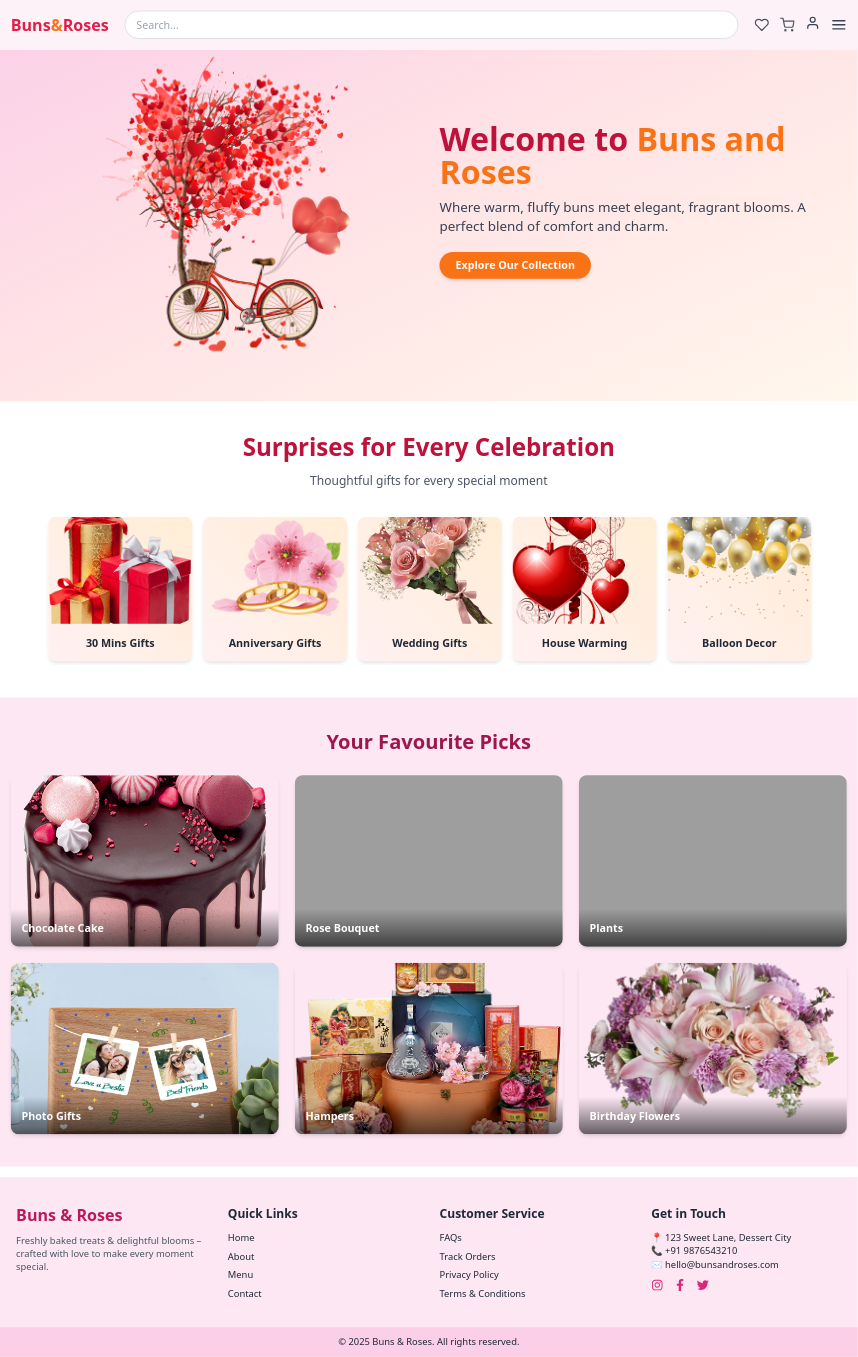
Repository: Purniagithub/buns-and-roses
Page: /
An editor plug-in stored every save of this project. The page is shown before and after the next save, followed by the edit.
The browser window is 1280 px wide. The pictures show the whole page, at 67% of full size.
Pictures or frames that could not be fetched are drawn as grey boxes. The project was rebuilt for these pictures with package versions that can differ from the ones it lists, and the page was loaded fresh each time. Also part of the build but not shown: vite.config.js, src/pages/About.jsx. Imported but missing from the stored project, and not drawn on this page: src/components/RelationshipSec tion.

Above is the page before, as saved 2025-08-10 02:46:04.

After the next save:
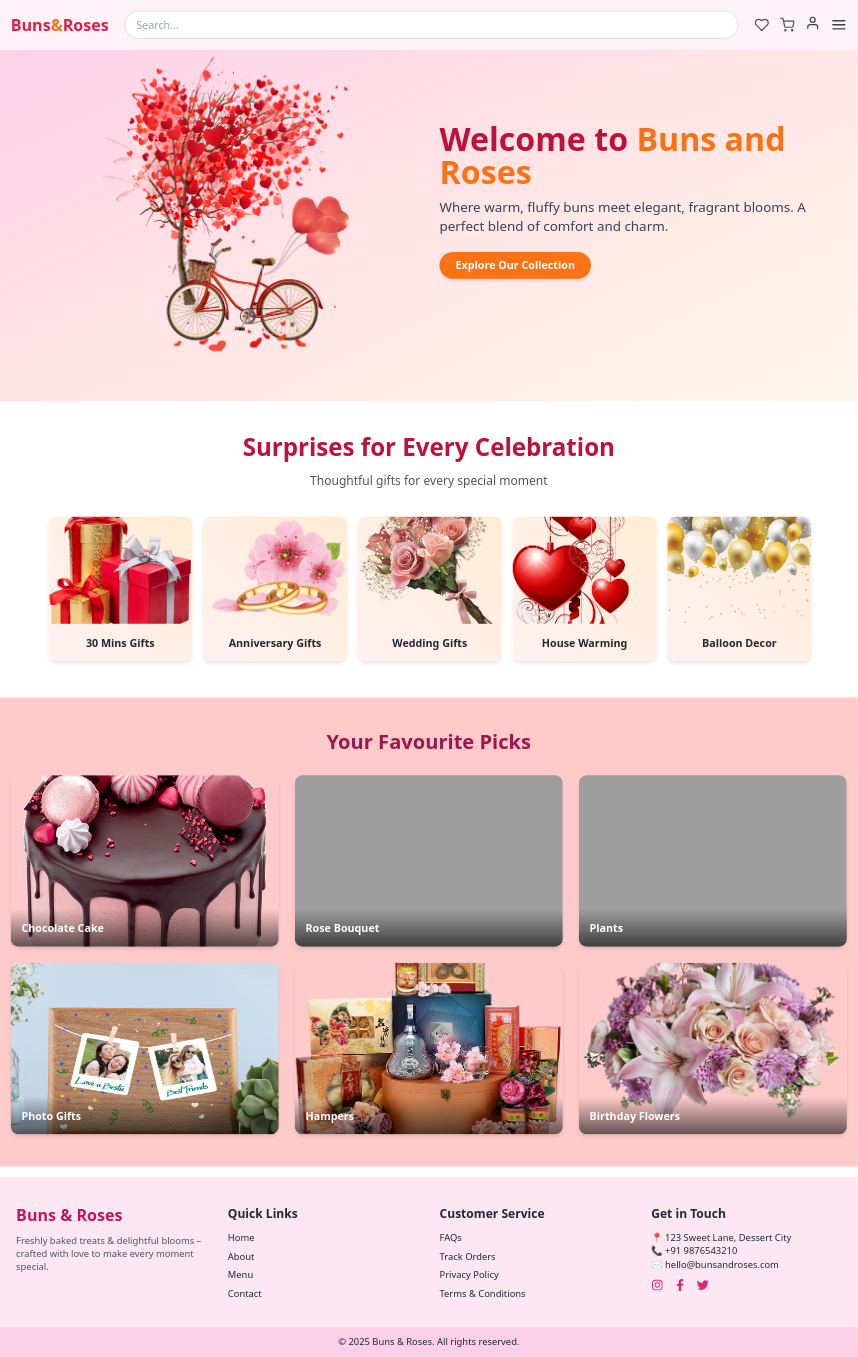
Saved 30 s later.
--- a/src/components/FavouritePicks.jsx
+++ b/src/components/FavouritePicks.jsx
@@ -12,7 +12,7 @@ const FavouritePicks = () => {
   ];
 
   return (
-    <section className="py-12 mb-4 bg-pink-100">
+    <section className="py-12 mb-4 bg-red-200">
       <div className="max-w-7xl mx-auto px-4">
         <h2 className="text-3xl font-bold text-center text-pink-800 mb-8">
           Your Favourite Picks
